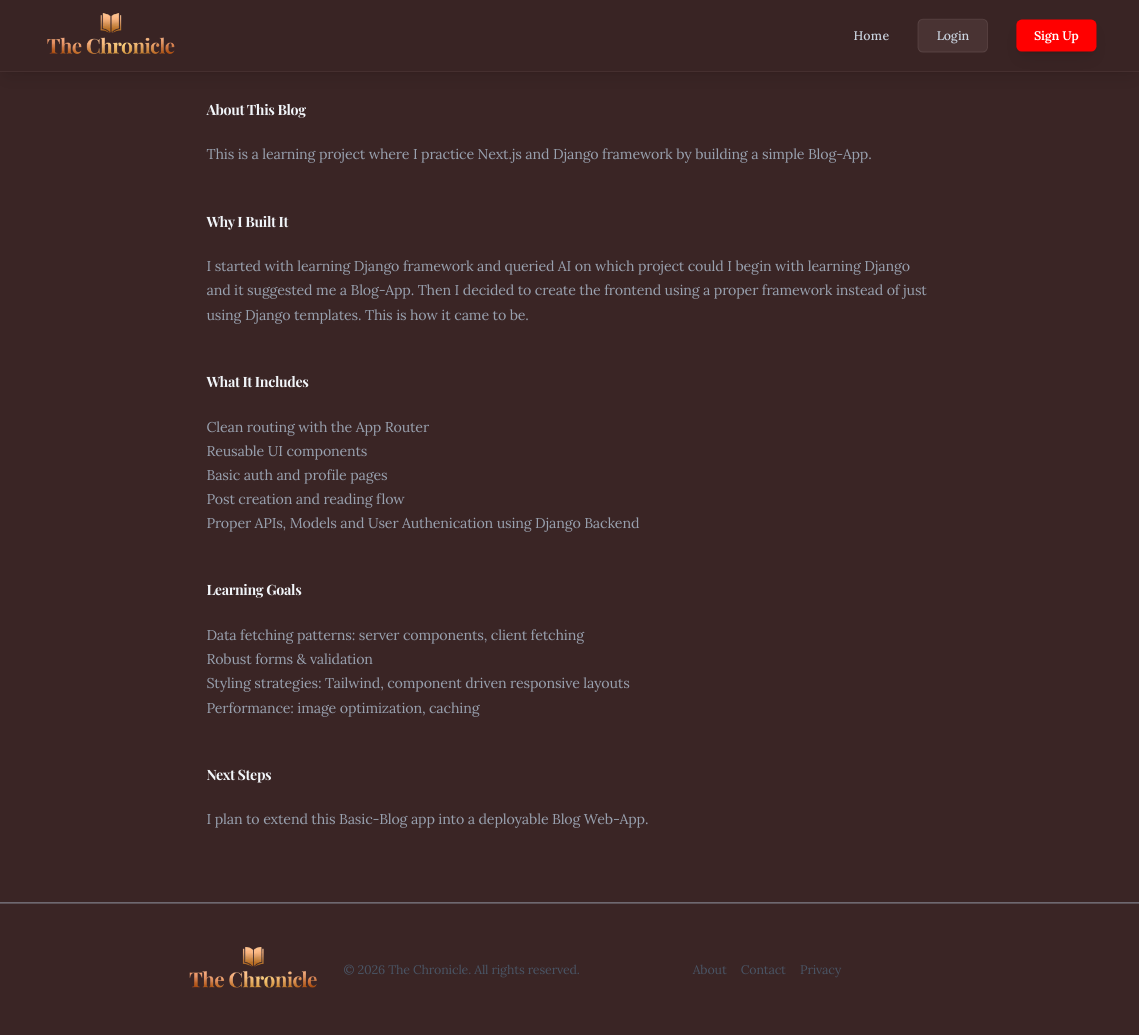
Repository: swaruplamsal/BasicBlogApp
Page: /about (app in blog-frontend/)
An editor plug-in stored every save of this project. The page is shown before and after a run of saves, followed by the edit.
The browser window is 1280 px wide. The pictures show the whole page, at 89% of full size.
The page's requests for data from a server got no answer. The project was rebuilt for these pictures with package versions that can differ from the ones it lists, and the page was loaded fresh each time. The framework's server and built-in components were replaced by stand-ins that run in the browser. No one was signed in, and anything a server would have sent is missing. Also part of the build but not shown: blog-frontend/next.config.mjs, blog-frontend/app/components/Avatar.js.

Above is the page before, as saved 2026-02-07 21:14:38.

After the next 2 saves:
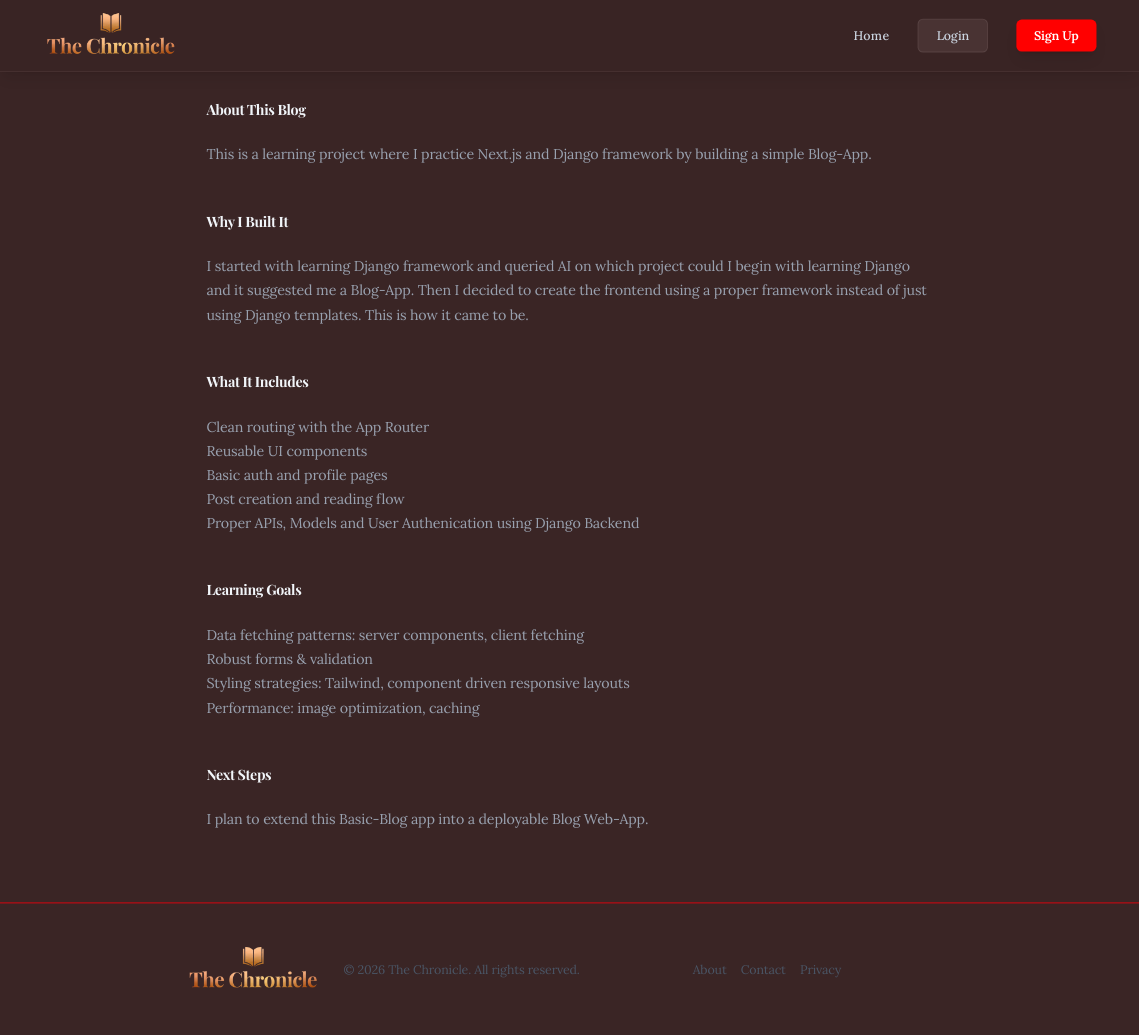
The 2 saves are shown as one change because they came seconds apart.
The last was saved 7 s later.
--- a/blog-frontend/app/components/Footer.js
+++ b/blog-frontend/app/components/Footer.js
@@ -4,7 +4,7 @@ import SocialLinks from "./SocialLinks";
 
 export default function Footer() {
   return (
-    <footer className="border-t mt-12 py-8 textre dark:bg-gray-900">
+    <footer className="border-t mt-12 py-8 text-red-600 dark:bg-gray-900">
       <div className="max-w-4xl mx-auto px-4 flex flex-col md:flex-row items-center justify-between gap-4">
         <div className="flex items-center space-x-3">
           <Link href="/" className="flex items-center">
